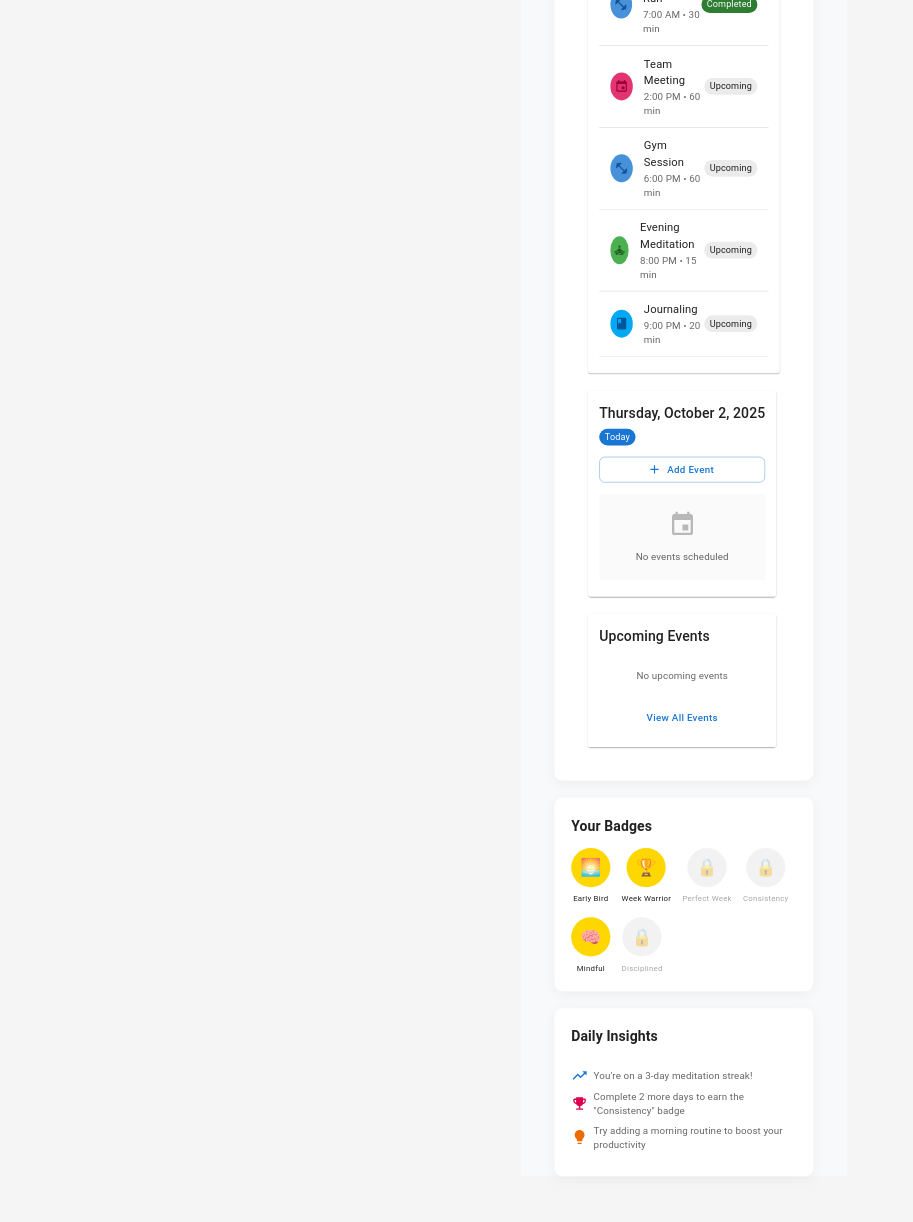
Repository: jeevanReddyP/MINDTRACK
Page: /dashboard (app in app/)
The author's editor kept a copy of each file at every save. The page is drawn from the files as they stood at one save, then again after the next save.
The browser window is 1280 px wide. The page is 1304 px wide, so the pictures cover 1304 px, including what lies to the right of the window. The pictures show the part of the page from y = 1508 to 3388 px (the page is 3253 px tall before and 3388 px after), at 70% of full size.
The project was rebuilt for these pictures with package versions that can differ from the ones it lists, and the page was loaded fresh each time. Also part of the build but not shown: app/vite.config.js, app/src/Components/HabitCard.jsx, app/src/pages/HabitsPage.jsx, app/src/pages/MeditationTracker.jsx, app/src/utils/calendarLocalizer.js, app/src/pages/CalendarView.jsx, app/src/pages/Profile.jsx, app/src/Components/WaterTracker.jsx and 8 more.

Above is the page before, as saved 2025-10-26 21:22:32.

After the next save:
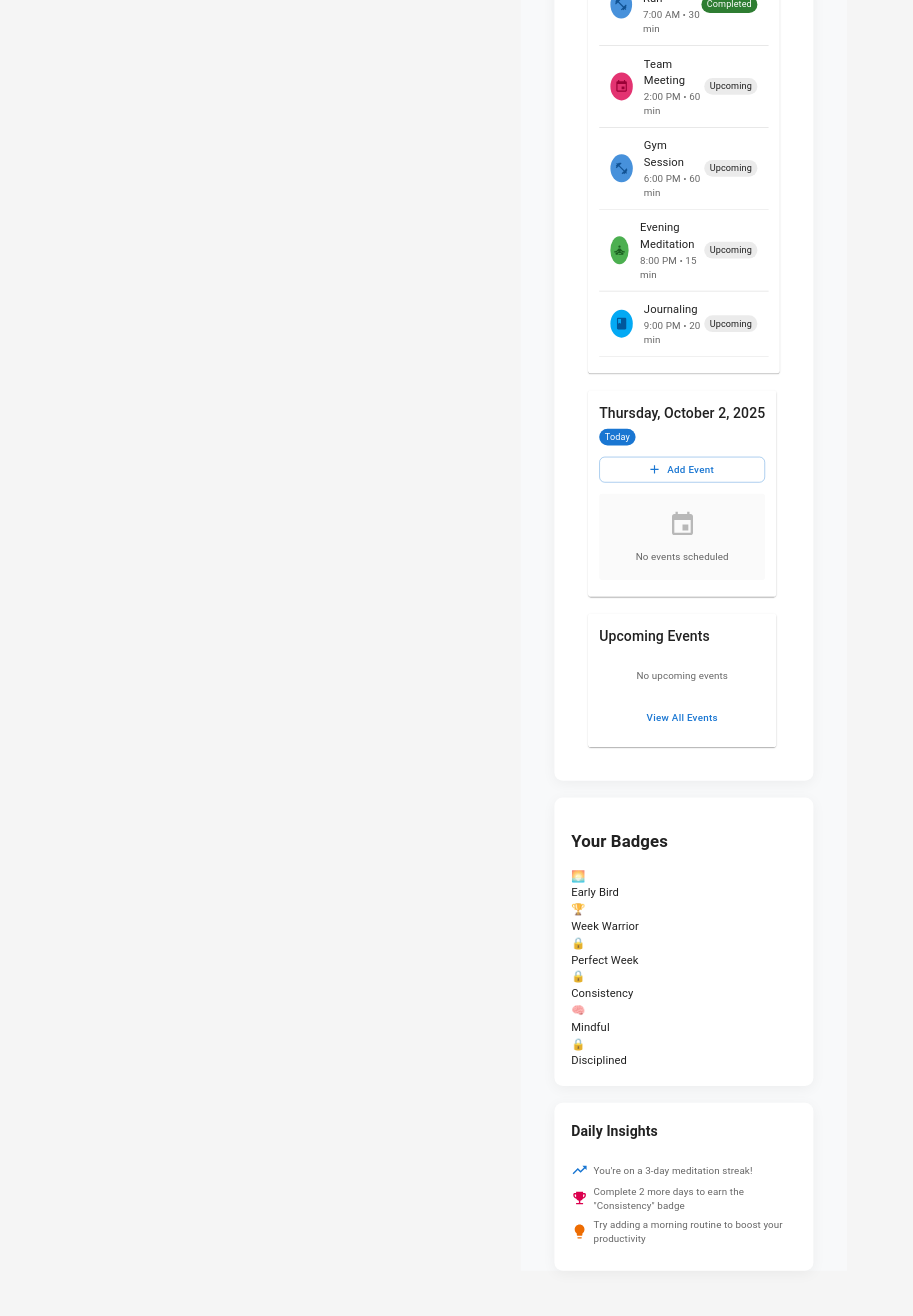
Saved 26 min 47 s later.
--- a/app/src/Components/BadgeCard.jsx
+++ b/app/src/Components/BadgeCard.jsx
@@ -1,44 +1,30 @@
 import React from 'react';
-import { Box, Typography, Avatar, Grid } from '@mui/material';
 
 const BadgeCard = ({ badges }) => {
   return (
-    <Box>
-      <Typography variant="h6" fontWeight="600" mb={2}>
-        Your Badges
-      </Typography>
-      <Grid container spacing={2}>
+    <div className="mb-8">
+      <h2 className="text-xl font-semibold mb-4">Your Badges</h2>
+
+      <div className="grid grid-cols-3 gap-4">
         {badges.map((badge, index) => (
-          <Grid item xs={4} key={index}>
-            <Box
-              sx={{
-                display: 'flex',
-                flexDirection: 'column',
-                alignItems: 'center',
-                textAlign: 'center',
-                opacity: badge.earned ? 1 : 0.4,
-              }}
+          <div
+            key={index}
+            className={`flex flex-col items-center text-center transition-opacity duration-300 ${
+              badge.earned ? 'opacity-100' : 'opacity-40'
+            }`}
+          >
+            <div
+              className={`w-14 h-14 rounded-full flex items-center justify-center mb-2 text-2xl ${
+                badge.earned ? 'bg-yellow-400 text-white' : 'bg-gray-300 text-gray-500'
+              }`}
             >
-              <Avatar
-                sx={{
-                  width: 56,
-                  height: 56,
-                  bgcolor: badge.earned ? '#ffd700' : '#e0e0e0',
-                  color: badge.earned ? 'white' : '#9e9e9e',
-                  mb: 1,
-                  fontSize: '1.5rem',
-                }}
-              >
-                {badge.earned ? badge.icon : '🔒'}
-              </Avatar>
-              <Typography variant="caption" fontSize="0.7rem">
-                {badge.name}
-              </Typography>
-            </Box>
-          </Grid>
+              {badge.earned ? badge.icon : '🔒'}
+            </div>
+            <span className="text-xs">{badge.name}</span>
+          </div>
         ))}
-      </Grid>
-    </Box>
+      </div>
+    </div>
   );
 };
 
